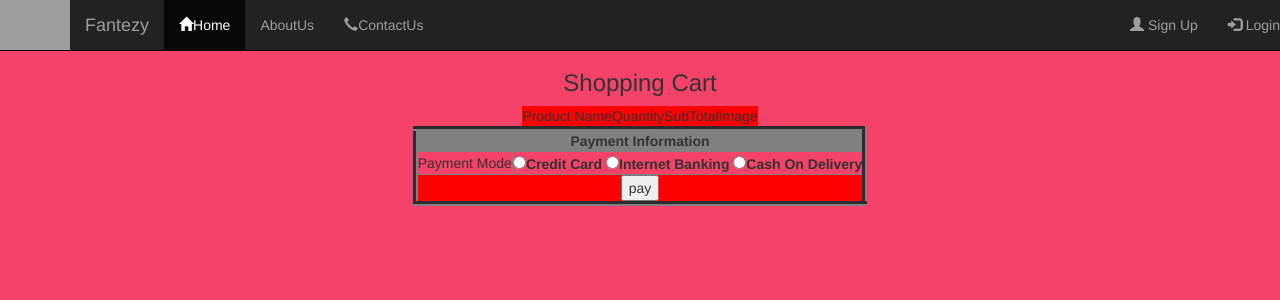
Repository: Safna93/eCommerce-project
Page: http://localhost/FantezyFrontendProject/WEB-INF/views/OrderConfirm.jsp
These files come from the project's save history. The page is drawn as it stood at one moment and after the next save; the edit follows.
The browser window is 1280 px wide. The pictures show the whole page.
Pictures or frames that could not be fetched are drawn as grey boxes. Some web libraries are served in a nearby version. The page is served by Tomcat 9. Nobody is signed in. The template is opened directly, without the code that normally fills it, so the values that code supplies are empty.

Above is the page before, as saved 2017-07-11 17:40:10.

After the next save:
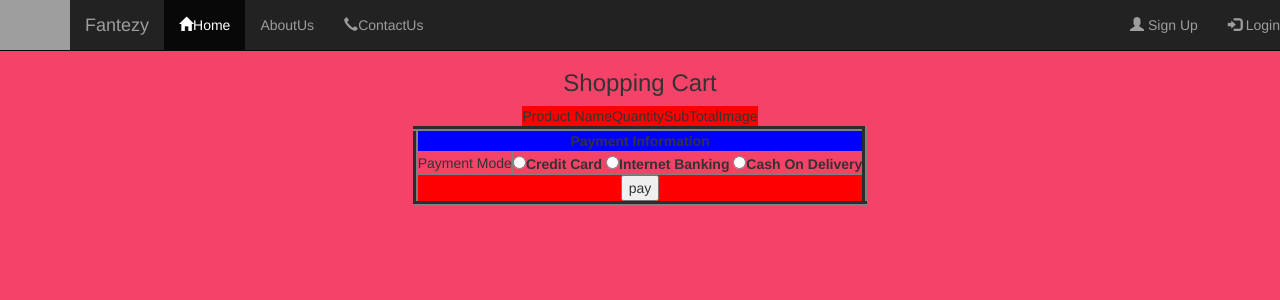
Saved 12 s later.
--- a/Fantezy Project 1/Fantezy/FantezyFrontendProject/src/main/webapp/WEB-INF/views/OrderConfirm.jsp
+++ b/Fantezy Project 1/Fantezy/FantezyFrontendProject/src/main/webapp/WEB-INF/views/OrderConfirm.jsp
@@ -31,7 +31,7 @@
 
 
 <table cellspacing="3" cellpadding="2" align="center" border="5">
-<tr bgcolor="gray">
+<tr bgcolor="blue">
 <td colspan="2"><center><strong>Payment Information</strong></center></td>
 </tr>
 
